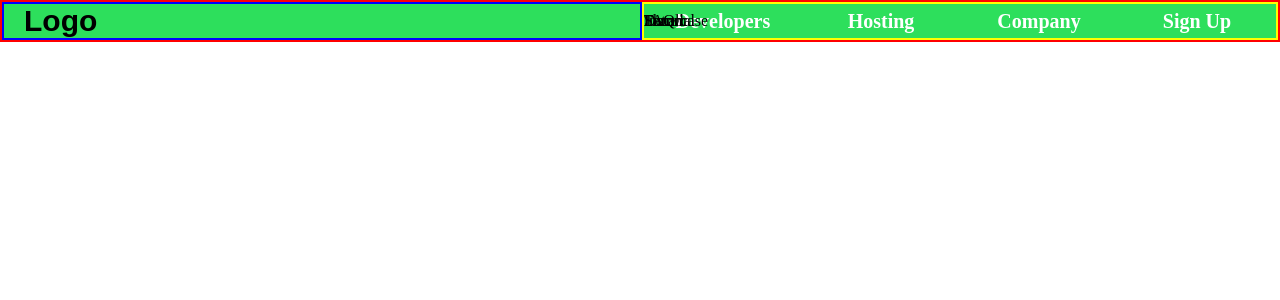
Repository: xtremer15/PracticeProject
Page: PracticeProject/HomeWorks/index.html
The author's editor kept a copy of each file at every save. The page is drawn from the files as they stood at one save, then again after a run of saves.
The browser window is 1280 px wide. The pictures show the whole page.

Above is the page before, as saved 2020-04-23 13:38:00.

After the next 2 saves:
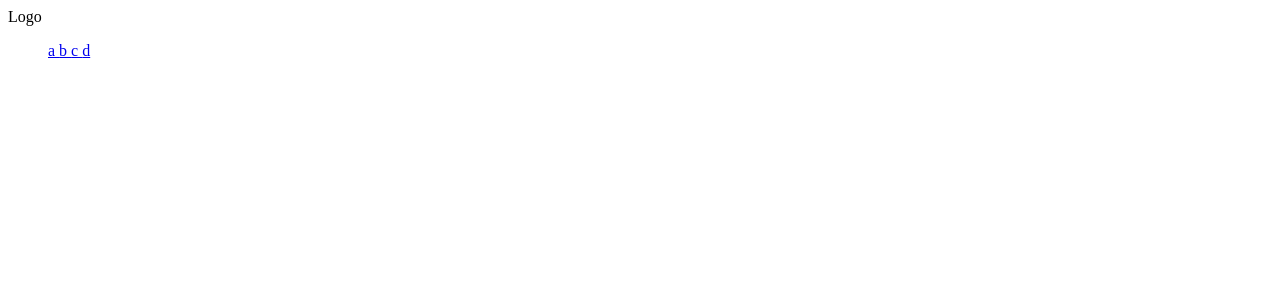
The 2 saves are shown as one change because they came seconds apart.
The last was saved 9 s later.
--- a/PracticeProject/HomeWorks/index.html
+++ b/PracticeProject/HomeWorks/index.html
@@ -1,31 +1,26 @@
-<!DOCTYPE html>
-<html lang="en">
-<head>
-    <meta charset="UTF-8">
-    <meta name="viewport" content="width=device-width, initial-scale=1.0">
-    <link rel="stylesheet" href="style.css">
-    <title>Document</title>
-</head>
-<body>
-    <header id="main-header">
-        <div>
-          <p class="logo">Logo</p>
-        </div>
-      <nav class="navigation--bar">
-        <ul class="navigation--bar__list">
-          <a href="#" class="navigation--bar__list__item a">a
-          </a>
-          <a href="#" class="navigation--bar__list__item b">b
-          </a>
-          <a href="#" class="navigation--bar__list__item c">c
-          </a>
-          <a href="#" class="navigation--bar__list__item d">d
-          </a>
-        </ul>
-      </nav>
-      </header>
+<header id="main-header">
+  <div>
+    <p class="logo">Logo</p>
+  </div>
+  <nav class="navigation--bar">
+    <ul class="navigation--bar__list">
 
+      <!--       <li style="position: relative">
+      <a href="#" class="navigation--bar__list__item">developers</a>
+      <div style="position: absolute;">
+          <a href="#" class="">developers 1</a>
+          <a href="#" class="">developers 2</a>
+      </div>
+    </li>  -->
 
-      <script src="dropdown.js"></script>
-</body>
-</html>
+      <a href="#" class="navigation--bar__list__item a">a
+      </a>
+      <a href="#" class="navigation--bar__list__item b">b
+      </a>
+      <a href="#" class="navigation--bar__list__item c">c
+      </a>
+      <a href="#" class="navigation--bar__list__item d">d
+      </a>
+    </ul>
+  </nav>
+</header>

After the 2 saves that followed:
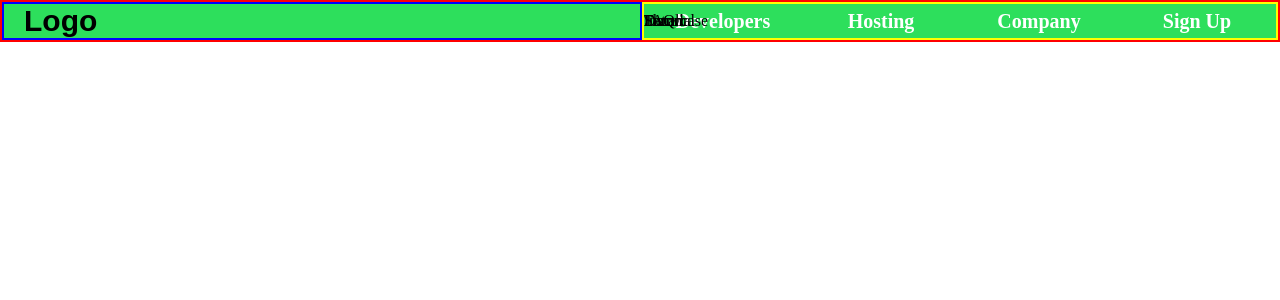
The 2 saves are shown as one change because they came seconds apart.
The last was saved 49 s later.
--- a/PracticeProject/HomeWorks/index.html
+++ b/PracticeProject/HomeWorks/index.html
@@ -1,26 +1,31 @@
-<header id="main-header">
-  <div>
-    <p class="logo">Logo</p>
-  </div>
-  <nav class="navigation--bar">
-    <ul class="navigation--bar__list">
+<!DOCTYPE html>
+<html lang="en">
+<head>
+    <meta charset="UTF-8">
+    <meta name="viewport" content="width=device-width, initial-scale=1.0">
+    <link rel="stylesheet" href="style.css">
+    <title>Document</title>
+</head>
+<body>
+    <header id="main-header">
+        <div>
+          <p class="logo">Logo</p>
+        </div>
+      <nav class="navigation--bar">
+        <ul class="navigation--bar__list">
+          <a href="#" class="navigation--bar__list__item a">a
+          </a>
+          <a href="#" class="navigation--bar__list__item b">b
+          </a>
+          <a href="#" class="navigation--bar__list__item c">c
+          </a>
+          <a href="#" class="navigation--bar__list__item d">d
+          </a>
+        </ul>
+      </nav>
+      </header>
 
-      <!--       <li style="position: relative">
-      <a href="#" class="navigation--bar__list__item">developers</a>
-      <div style="position: absolute;">
-          <a href="#" class="">developers 1</a>
-          <a href="#" class="">developers 2</a>
-      </div>
-    </li>  -->
 
-      <a href="#" class="navigation--bar__list__item a">a
-      </a>
-      <a href="#" class="navigation--bar__list__item b">b
-      </a>
-      <a href="#" class="navigation--bar__list__item c">c
-      </a>
-      <a href="#" class="navigation--bar__list__item d">d
-      </a>
-    </ul>
-  </nav>
-</header>
+      <script src="dropdown.js"></script>
+</body>
+</html>
